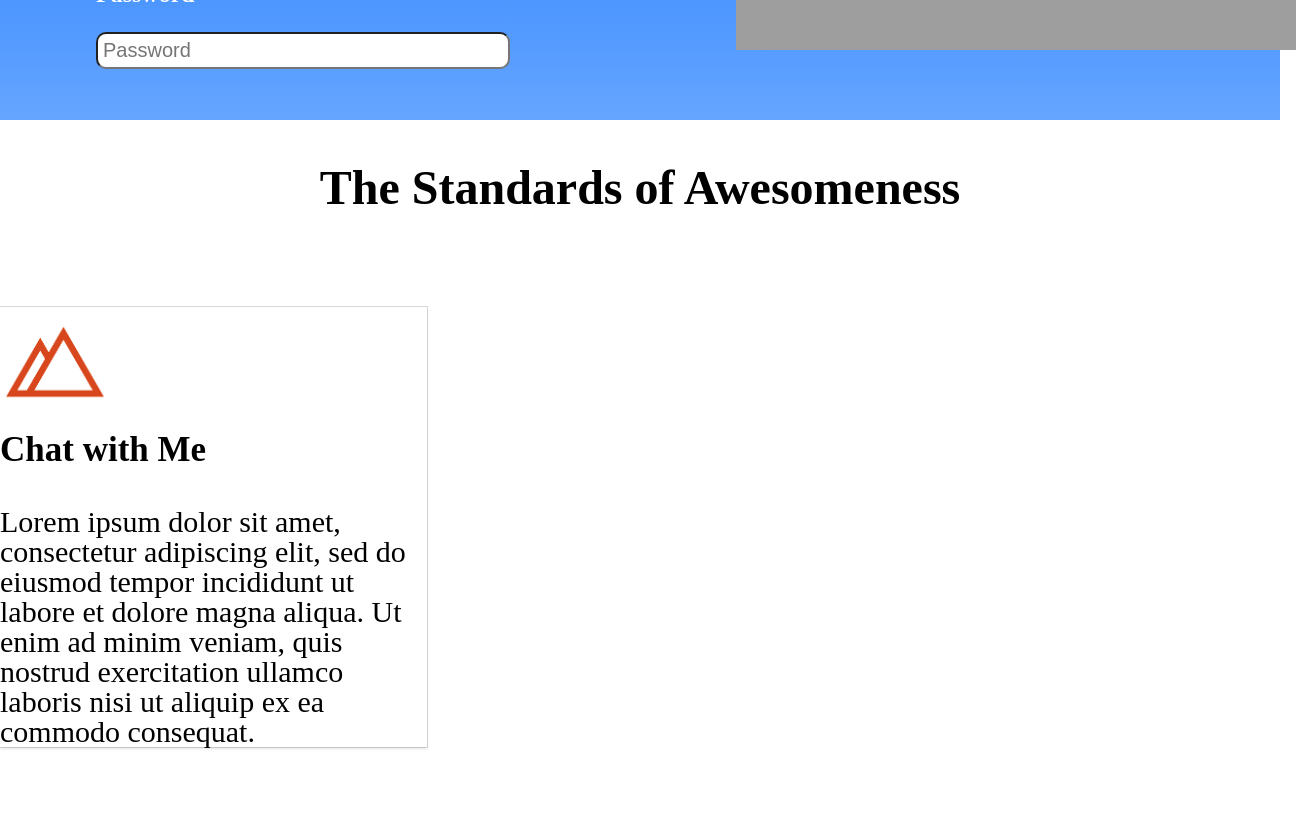
Repository: jesar-enl/My-CSS-Website
Page: index.html
The author's editor kept a copy of each file at every save. The page is drawn from the files as they stood at one save, then again after the next save.
The browser window is 1280 px wide. The page is 1296 px wide, so the pictures cover 1296 px, including what lies to the right of the window. The pictures show the part of the page from y = 380 to 1304 px (the page is 1208 px tall before and 1304 px after).
Pictures or frames that could not be fetched are drawn as grey boxes.

Above is the page before, as saved 2022-07-27 12:53:08.

### index.html
<!DOCTYPE html>
<html lang="en">
  <head>
    <meta charset="UTF-8" />
    <meta http-equiv="X-UA-Compatible" content="IE=edge" />
    <meta name="viewport" content="width=device-width, initial-scale=1.0" />
    <title>My CSS website</title>
    <link rel="stylesheet" href="style.css" />
  </head>
  <body>
    <nav>
      <ul class="topnav" id="dropdownClick">
        <li><a href="#home">Home</a></li>
        <li><a href="#contact">Contact</a></li>
        <li><a href="#news">News</a></li>
        <li><a href="#about">About</a></li>
        <li class="topnav-right"><a href="#signup">SignUp</a></li>
        <li class="topnav-right"><a href="#login">LogIn</a></li>

        <!--
          This unicode is called 'Trigram for Heaven'.
          It can be used to hide the menu when we shrink the screen to a mobile sized.

          Thousands of unicode characters can be accessed from the unicode table 'https://unicode-table.com/en/'
        -->

        <li class="dropdown">
          <!--
            Having the href like this is to inform the browser
            that perform this link as a javascript command,
            heading to nowhere. Stay around this page.
          -->

          <a href="javascript:void(0);" onclick="handleClick()">&#9776;</a>
        </li>
      </ul>
    </nav>

    <div class="container" id="section-1-gradient">
      <div class="row">
        <div class="col-6">
          <div class="leftSideCol">
            <h1 class="large">Crazy Radness</h1>
            <h1 class="large">Made for Developers</h1>
          </div>
          <form action="">
            <div class="leftSideCol">
              <h2>Username</h2>
              <input
                type="text"
                class="inputbox"
                placeholder="Username"
                name="username"
              />
              <h2>Password</h2>
              <input type="password" name="password" placeholder="Password" />
            </div>
          </form>
        </div>
        <div class="col-6">
          <div class="rightSideCol videoContainer">
            <iframe
              width="560"
              height="315"
              src="https://www.youtube.com/embed/ZxKM3DCV2kE"
              title="YouTube video player"
              frameborder="0"
              allow="accelerometer; autoplay; clipboard-write; encrypted-media; gyroscope; picture-in-picture"
              allowfullscreen
            ></iframe>
          </div>
        </div>
      </div>
    </div>

    <header>
      <h1 class="section-2-header">The Standards of Awesomeness</h1>
    </header>

    <div class="container">
      <div class="row">
        <div class="col-4">
          <div class="box">
            <div class="icon">
              <img class="dev" src="devslopes.png" alt="dev icon" />
            </div>
            <label for="">Chat with Me</label>
            <p>
              Lorem ipsum dolor sit amet, consectetur adipiscing elit, sed do
              eiusmod tempor incididunt ut labore et dolore magna aliqua. Ut
              enim ad minim veniam, quis nostrud exercitation ullamco laboris
              nisi ut aliquip ex ea commodo consequat.
            </p>
          </div>
        </div>
      </div>
    </div>
    <script src="index.js"></script>
  </body>
</html>

### style.css
/* ########## Defaults ########### */

nav,
header,
footer {
  display: block;
}

body {
  line-height: 1.5;
  margin: 0;
}

label {
  font-size: 35px;
  font-weight: 800;
}

p {
  font-size: 30px;
  line-height: 1;
}

.container {
  width: 100%;
  margin: auto;
  padding-top: 4%;
  padding-bottom: 4%;
}

.row {
  width: 100%;
  display: flex;
  flex-wrap: wrap;
  align-items: center;
}

.row::after {
  display: table;
  clear: both;
  content: '';
}

.col-1 {
  width: 8.33%;
}
.col-2 {
  width: 16.66%;
}
.col-3 {
  width: 25%;
}
.col-4 {
  width: 33.33%;
}
.col-5 {
  width: 41.66%;
}
.col-6 {
  width: 50%;
}
.col-7 {
  width: 58.33%;
}
.col-8 {
  width: 66.66%;
}
.col-9 {
  width: 75%;
}
.col-10 {
  width: 83.33%;
}
.col-11 {
  width: 91.66%;
}
.col-12 {
  width: 100%;
}

/* ######### Navigation Bar ######## */

nav {
  width: 100%;
  margin: 0;
}

nav ul {
  background-color: #eee;
  overflow: hidden;
  margin: 0;
  padding: 0;
}
/* the list-style removes the bullet points from the list items */
ul.topnav li {
  list-style: none;
  float: left;
}

ul.topnav li.topnav-right {
  float: right;
}

ul.topnav li a {
  display: block;
  text-decoration: none;
  min-height: 1.5rem;
  text-align: center;
  padding: 14px;
  text-transform: uppercase;
  color: #665;
}

ul.topnav li a:hover {
  background-color: #7ab6f3;
  color: #fff;
}

.dropdown {
  display: none;
}

/* #################### Custom styles ################## */

#section-1-gradient {
  background: #076dff;
  background: -webkit-gradient(#076dff, #65a5ff);
  background: -o-linear-gradient(#076dff, #65a5ff);
  background: -moz-linear-gradient(#076dff, #65a5ff);
  background: linear-gradient(#076dff, #65a5ff);
}

.box {
  background-color: #fff;
  /*
    The "box-shadow" syntax is as follows:

    box-shadow: horizontal-length vertical-length blur-radius spread-radius rgba(r, g, b, opacity);
  */
  box-shadow: 0 0 0 1px rgba(0, 0, 0, 0.15), 0 2px 3px 0 rgba(0, 0, 0, 0.1);
}

.leftSideCol {
  margin-left: 15%;
}

.rightSideCol {
  margin-left: 15%;
}

.large {
  color: #fff;
  font-size: 2.2rem;
  margin: 0;
  line-height: 1.7;
}

.section-2-header {
  font-size: 3rem;
  text-align: center;
}

input[type='text'] {
  font-size: 20px;
  width: 400px;
  min-width: 100px;
  padding: 5px;
  border-radius: 10px;
}

form h2 {
  color: #fff;
}

input[type='password'] {
  font-size: 20px;
  width: 400px;
  padding: 5px;
  min-width: 100px;
  border-radius: 10px;
}

.icon {
  width: 100%;
}

.dev {
  width: 110px;
  height: 110px;
}

/* ############ Media Query ########### */

@media screen and (max-width: 680px) {
  /*
    This tells the browser to hide all the list
    elements of the nav bar except the first one.
  */

  ul.topnav li:not(:nth-child(1)) {
    display: none;
  }

  ul.topnav li.dropdown {
    display: block;
    float: right;
  }

  ul.topnav.responsive li.dropdown {
    position: absolute;
    top: 0;
    right: 0;
  }

  ul.topnav.responsive {
    position: relative;
  }

  /* Places the list items in a row manner. */
  ul.topnav.responsive li {
    display: inline;
    float: none;
  }

  ul.topnav.responsive li a {
    /* displays the items in a manner of stacking on top of each other. */
    display: block;
    text-align: left;
  }

  .col-6 {
    width: 100%;
    margin: 0;
  }

  .rightSideCol {
    margin-top: 5%;
  }

  .videoContainer iframe {
    position: relative;
    width: 100%;
    margin: 0;
    overflow: hidden;
  }

  leftSideCol,
  rightSideCol {
    margin: 15px;
  }

  input[type='text'] {
    width: 300px;
  }

  input[type='password'] {
    width: 300px;
  }
}

@media screen and (max-width: 890px) {
  /*
    This tells the browser to hide all the list
    elements of the nav bar except the first one.
  */

  ul.topnav li:not(:nth-child(1)) {
    display: none;
  }

  ul.topnav li.dropdown {
    display: block;
    float: right;
  }

  ul.topnav.responsive li.dropdown {
    position: absolute;
    top: 0;
    right: 0;
  }

  ul.topnav.responsive {
    position: relative;
  }

  /* Places the list items in a row manner. */
  ul.topnav.responsive li {
    display: inline;
    float: none;
  }

  ul.topnav.responsive li a {
    /* displays the items in a manner of stacking on top of each other. */
    display: block;
    text-align: left;
  }

  .col-6 {
    width: 100%;
    margin: 0;
  }

  .rightSideCol {
    margin-top: 5%;
    max-width: 300px;
  }

  .videoContainer iframe {
    position: relative;
    width: 100%;
  }
}

### index.js
function handleClick() {
  var list = document.getElementById('dropdownClick');
  if (list.className === 'topnav') {
    list.className += ' responsive';
    // change topnav to topnav.responsive
  } else {
    list.className = 'topnav';
  }
}

After the next save:
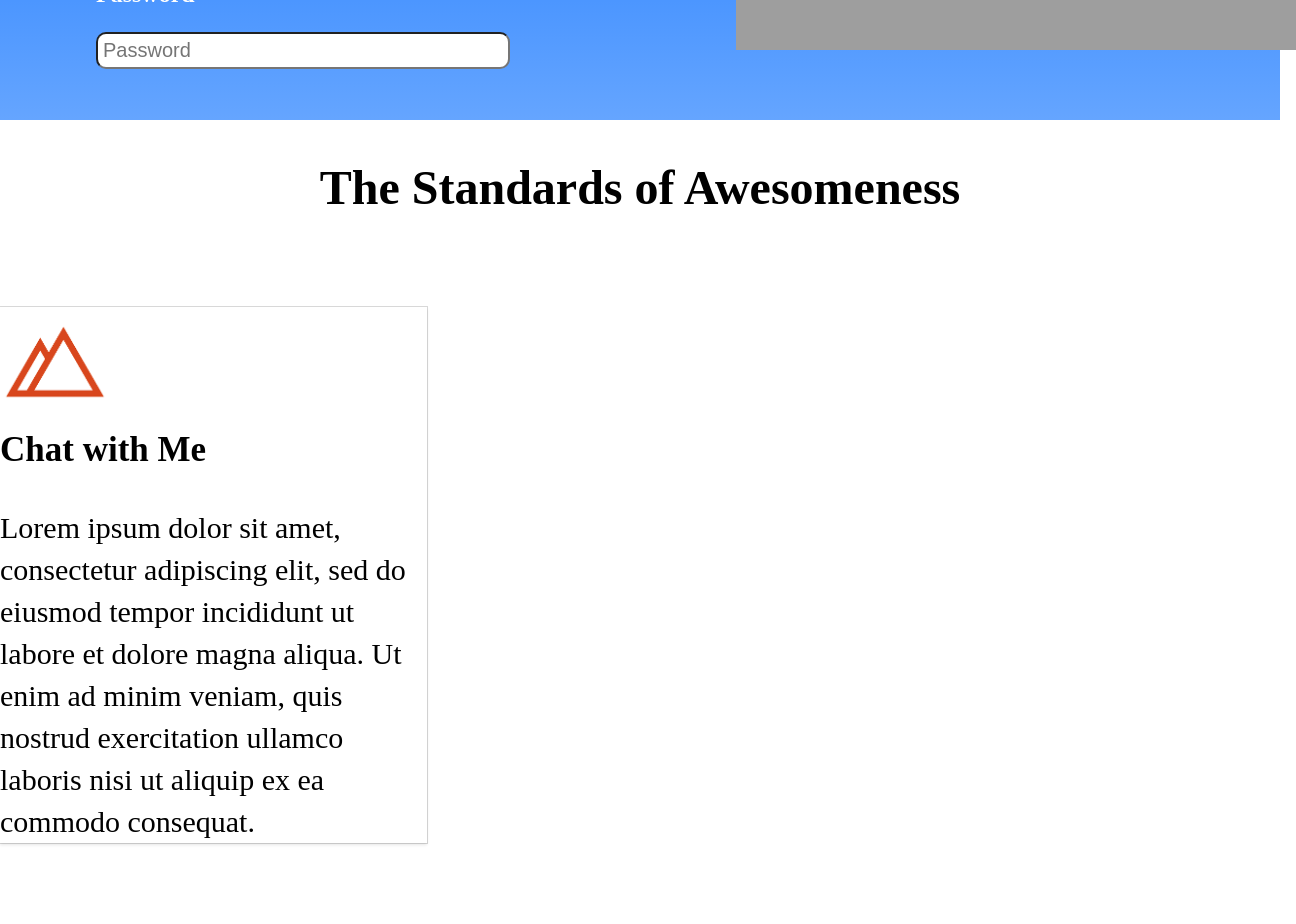
Saved 4 s later.
--- a/style.css
+++ b/style.css
@@ -18,7 +18,7 @@ label {
 
 p {
   font-size: 30px;
-  line-height: 1;
+  line-height: 1.4;
 }
 
 .container {
